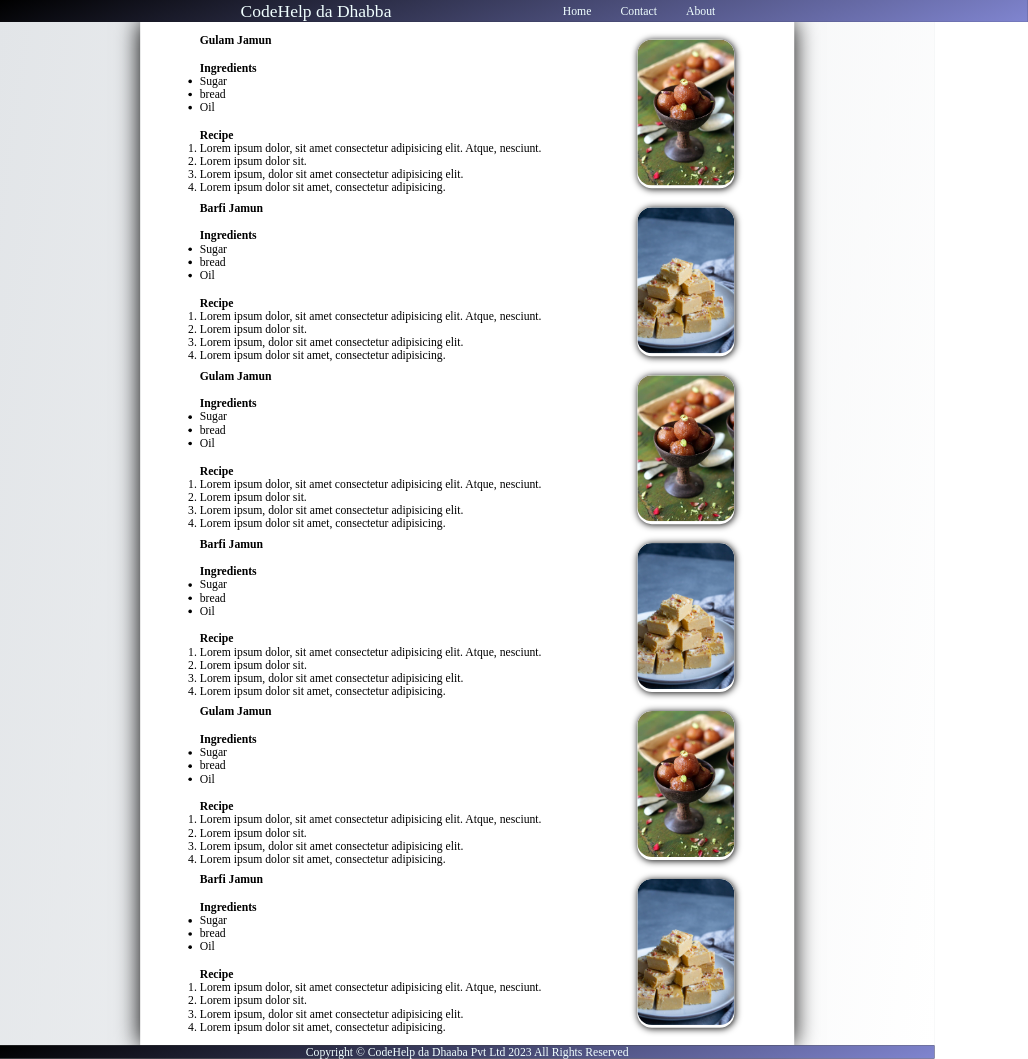
Repository: ssaddamhuss100/Recipe_Html_css
Page: index.html
The author's editor kept a copy of each file at every save. The page is drawn from the files as they stood at one save, then again after the next save.
The browser window is 1280 px wide. The page is 1408 px wide, so the pictures cover 1408 px, including what lies to the right of the window. The pictures show the whole page, at 73% of full size.

Above is the page before, as saved 2024-12-12 10:59:10.

### index.html
<!DOCTYPE html>
<html lang="en">
<head>
    <meta charset="UTF-8">
    <meta http-equiv="X-UA-Compatible" content="IE=edge">
    <meta name="viewport" content="width=device-width, initial-scale=1.0">
    <title>Codehelp da Dhaaba</title>
    <link rel="stylesheet" href="style.css">
</head>
<body>

    <div class="container">

        <header>
            <div class="navContainer">
                <nav>
                    <ul id="navList">
                        <li>
                            <p id="navLogo">CodeHelp da Dhabba</p>
                        </li>
                        <li>
                            <div id="navItems">
                                <a href="#">Home</a>
                                <a href="#">Contact</a>
                                <a href="#">About</a>
                            </div>
                        </li>
                    </ul>
                </nav>
            </div>
        </header>

        <main>
            <div class="contentBox">
                <!-- item 1  -->
                <section>
                    <div class="item">
                        <div class="leftBox">
                            <!-- heaeding -->
                            <h2>Gulam Jamun</h2>

                            <div>
                                <h2>Ingredients</h2>
                                <ul class="ingBox">
                                    <li>Sugar</li>
                                    <li>bread</li>
                                    <li>Oil</li>
                                </ul>
                            </div>

                            <div>
                                <h2>Recipe</h2>
                                <ol class="recipeBox">
                                    <li>Lorem ipsum dolor, sit amet consectetur adipisicing elit. Atque, nesciunt.</li>
                                    <li>Lorem ipsum dolor sit.</li>
                                    <li>Lorem ipsum, dolor sit amet consectetur adipisicing elit.</li>
                                    <li>Lorem ipsum dolor sit amet, consectetur adipisicing.</li>
                                </ol>
                            </div>



                        </div>

                        <div class="rightBox">
                            <img
                                src="bread-gulab-jamun-recipe.jpg"
                            />
                            <div class="overlay">
                                <span> Click here to Buy</span>
                            </div>
                        </div>
                    </div>
                </section>

                <section>
                    <div class="item">
                        <div class="leftBox">
                            <!-- heaeding -->
                            <h2>Barfi Jamun</h2>

                            <div>
                                <h2>Ingredients</h2>
                                <ul>
                                    <li>Sugar</li>
                                    <li>bread</li>
                                    <li>Oil</li>
                                </ul>
                            </div>

                            <div>
                                <h2>Recipe</h2>
                                <ol>
                                    <li>Lorem ipsum dolor, sit amet consectetur adipisicing elit. Atque, nesciunt.</li>
                                    <li>Lorem ipsum dolor sit.</li>
                                    <li>Lorem ipsum, dolor sit amet consectetur adipisicing elit.</li>
                                    <li>Lorem ipsum dolor sit amet, consectetur adipisicing.</li>
                                </ol>
                            </div>



                        </div>
                        <div class="rightBox">
                            <img
                                src="Magaz-5-of-5-2-960x1440.jpg"
                            />
                        </div>
                    </div>
                </section>

                <section>
                    <div class="item">
                        <div class="leftBox">
                            <!-- heaeding -->
                            <h2>Gulam Jamun</h2>

                            <div>
                                <h2>Ingredients</h2>
                                <ul class="ingBox">
                                    <li>Sugar</li>
                                    <li>bread</li>
                                    <li>Oil</li>
                                </ul>
                            </div>

                            <div>
                                <h2>Recipe</h2>
                                <ol class="recipeBox">
                                    <li>Lorem ipsum dolor, sit amet consectetur adipisicing elit. Atque, nesciunt.</li>
                                    <li>Lorem ipsum dolor sit.</li>
                                    <li>Lorem ipsum, dolor sit amet consectetur adipisicing elit.</li>
                                    <li>Lorem ipsum dolor sit amet, consectetur adipisicing.</li>
                                </ol>
                            </div>



                        </div>

                        <div class="rightBox">
                            <img
                                src="bread-gulab-jamun-recipe.jpg"
                            />
                            <div class="overlay">
                                <span> Click here to Buy</span>
                            </div>
                        </div>
                    </div>
                </section>

                <section>
                    <div class="item">
                        <div class="leftBox">
                            <!-- heaeding -->
                            <h2>Barfi Jamun</h2>

                            <div>
                                <h2>Ingredients</h2>
                                <ul>
                                    <li>Sugar</li>
                                    <li>bread</li>
                                    <li>Oil</li>
                                </ul>
                            </div>

                            <div>
                                <h2>Recipe</h2>
                                <ol>
                                    <li>Lorem ipsum dolor, sit amet consectetur adipisicing elit. Atque, nesciunt.</li>
                                    <li>Lorem ipsum dolor sit.</li>
                                    <li>Lorem ipsum, dolor sit amet consectetur adipisicing elit.</li>
                                    <li>Lorem ipsum dolor sit amet, consectetur adipisicing.</li>
                                </ol>
                            </div>



                        </div>
                        <div class="rightBox">
                            <img
                                src="Magaz-5-of-5-2-960x1440.jpg"
                            />
                        </div>
                    </div>
                </section>

                <section>
                    <div class="item">
                        <div class="leftBox">
                            <!-- heaeding -->
                            <h2>Gulam Jamun</h2>

                            <div>
                                <h2>Ingredients</h2>
                                <ul class="ingBox">
                                    <li>Sugar</li>
                                    <li>bread</li>
                                    <li>Oil</li>
                                </ul>
                            </div>

                            <div>
                                <h2>Recipe</h2>
                                <ol class="recipeBox">
                                    <li>Lorem ipsum dolor, sit amet consectetur adipisicing elit. Atque, nesciunt.</li>
                                    <li>Lorem ipsum dolor sit.</li>
                                    <li>Lorem ipsum, dolor sit amet consectetur adipisicing elit.</li>
                                    <li>Lorem ipsum dolor sit amet, consectetur adipisicing.</li>
                                </ol>
                            </div>



                        </div>

                        <div class="rightBox">
                            <img
                                src="bread-gulab-jamun-recipe.jpg"
                            />
                            <div class="overlay">
                                <span> Click here to Buy</span>
                            </div>
                        </div>
                    </div>
                </section>

                <section>
                    <div class="item">
                        <div class="leftBox">
                            <!-- heaeding -->
                            <h2>Barfi Jamun</h2>

                            <div>
                                <h2>Ingredients</h2>
                                <ul>
                                    <li>Sugar</li>
                                    <li>bread</li>
                                    <li>Oil</li>
                                </ul>
                            </div>

                            <div>
                                <h2>Recipe</h2>
                                <ol>
                                    <li>Lorem ipsum dolor, sit amet consectetur adipisicing elit. Atque, nesciunt.</li>
                                    <li>Lorem ipsum dolor sit.</li>
                                    <li>Lorem ipsum, dolor sit amet consectetur adipisicing elit.</li>
                                    <li>Lorem ipsum dolor sit amet, consectetur adipisicing.</li>
                                </ol>
                            </div>



                        </div>
                        <div class="rightBox">
                            <img
                                src="Magaz-5-of-5-2-960x1440.jpg"
                            />
                        </div>
                    </div>
                </section>
            </div>
        </main>

        <footer>
           <div class="footerBox">
                <p>
                    Copyright  &copy; CodeHelp da Dhaaba Pvt Ltd 2023 All Rights Reserved
                </p>
           </div>
        </footer>


    </div>

</body>
</html>

### style.css
*{
    margin: 0;
    padding: 0;
    box-sizing: border-box;
}
.container{
    height: 100%;
    width: 100%;
    overflow-x: none;
    background-color: #e2e5e8;
    background-image: linear-gradient(98deg, #e2e5e8 0%, #ffffff 100%);

}

.navContainer{
    width: 110vw;
    /* background-color: rgba(113, 113, 154, 0.776);
    */
    background-color: #000000;
   background-image: linear-gradient(160deg, #000000 0%, #8085d0 100%);

    min-height: 30px;
    display: flex;
    justify-content: center;
    align-items: center;
    position: relative;
}
nav{
    width: 70%;
}
#navList{
    width: 90%;
    padding: 1px;

    list-style: none;
    font-size: 1rem;
    display: flex;
    justify-content: space-around;
    align-items: center;
}

#navLogo{
    font-size: 1.5rem;
    color: azure;
}

a{
    text-decoration: none;
    color: azure;
}
#navItems{
    display: flex;
    gap:40px;

}

footer{
    width: 100%;
}

.footerBox{
    background-color: #000000;
    background-image: linear-gradient(160deg, #000000 0%, #8085d0 100%);
    width: 100%;
    text-align: center;
    min-height: 10px;
}

.footerBox p {
    color: azure;
    font-size: 1rem;
}

.contentBox{
    width: 70%;
    margin: auto;
    background-color: white;
    display: flex;
    flex-direction: column;
    gap: 10px;
    padding: 1rem;
    box-shadow: 0px 0px 30px black;
}

.item{
    display: flex;
    justify-content: space-around;
    align-items: center;
}

.rightBox{
    position: relative;
    overflow: hidden;
    transition: all 0.3s linear 0s;
    box-shadow: 1px 1px 10px black;
    border-radius: 20px;
}

.rightBox img{
    height: 200px;
    width: ;
    border-radius: 20px;
    transition: all 0.6s linear 0s;
}

.rightBox:hover{
    transform: scale(1.1);
}

.leftBox{
    display: flex;
    flex-direction: column;
    gap: 20px;
}
.leftBox h2{
    font-size: 1rem;
}

.ingBox{
    font-size: 1rem;
}

.recipeBox{
    font-size: 1rem;
}

.rightBox .overlay{
    position: absolute;
    top: 0;
    left: 0;
    height: 100%;
    width: 100%;
    background-color: rgba(36, 34, 34, 0.713);
    border-radius: 20px;
    display: flex;
    align-items: center;
    justify-content: center;
    opacity: 0;
    transition: all 0.3s linear 0s;
}

.rightBox:hover .overlay{
    opacity: 1;
}

.rightBox .overlay span{
    color: white;
    font-size: 1.2rem;
}

After the next save:
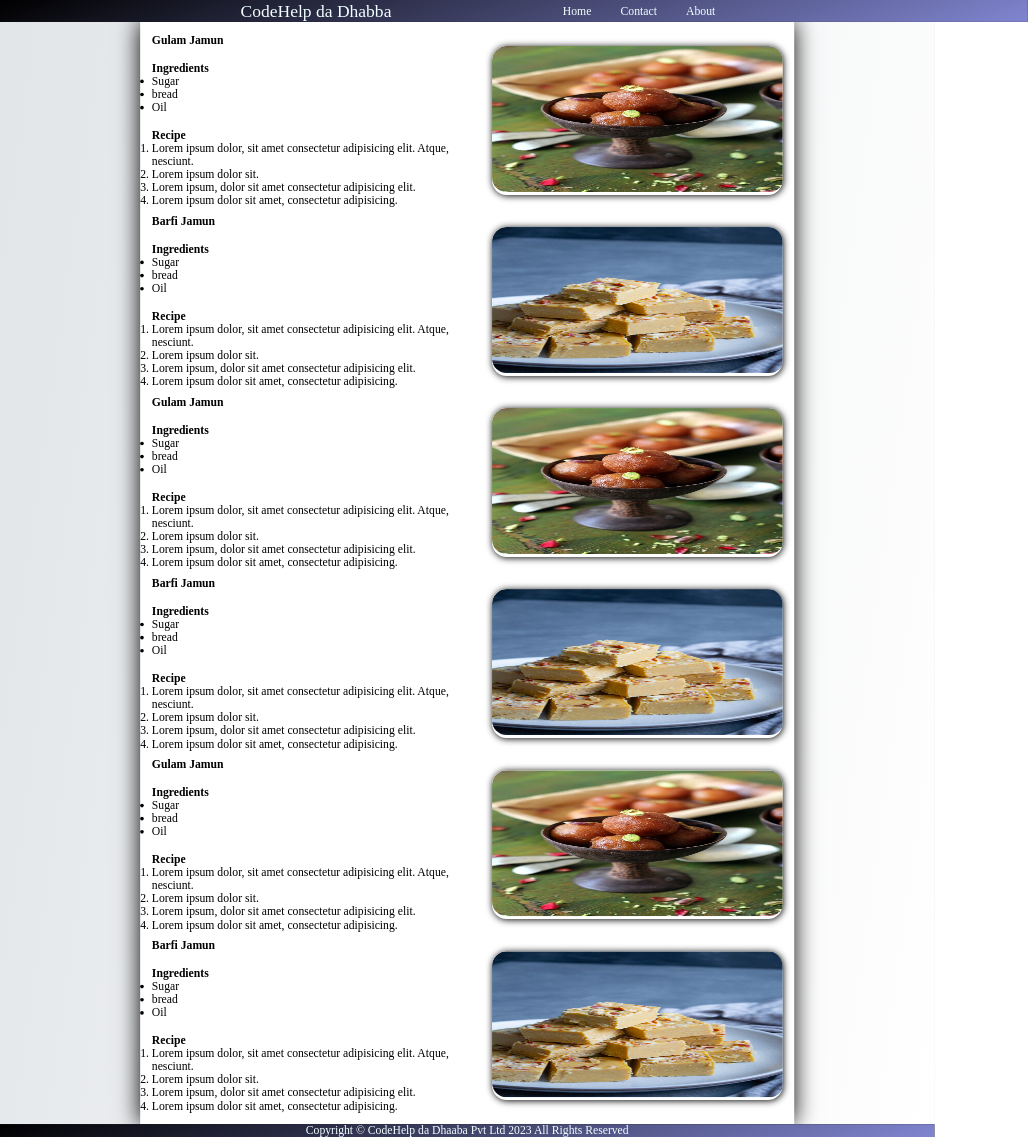
Saved 4 s later.
--- a/style.css
+++ b/style.css
@@ -98,7 +98,7 @@ footer{
 
 .rightBox img{
     height: 200px;
-    width: ;
+    width: 400px;
     border-radius: 20px;
     transition: all 0.6s linear 0s;
 }
